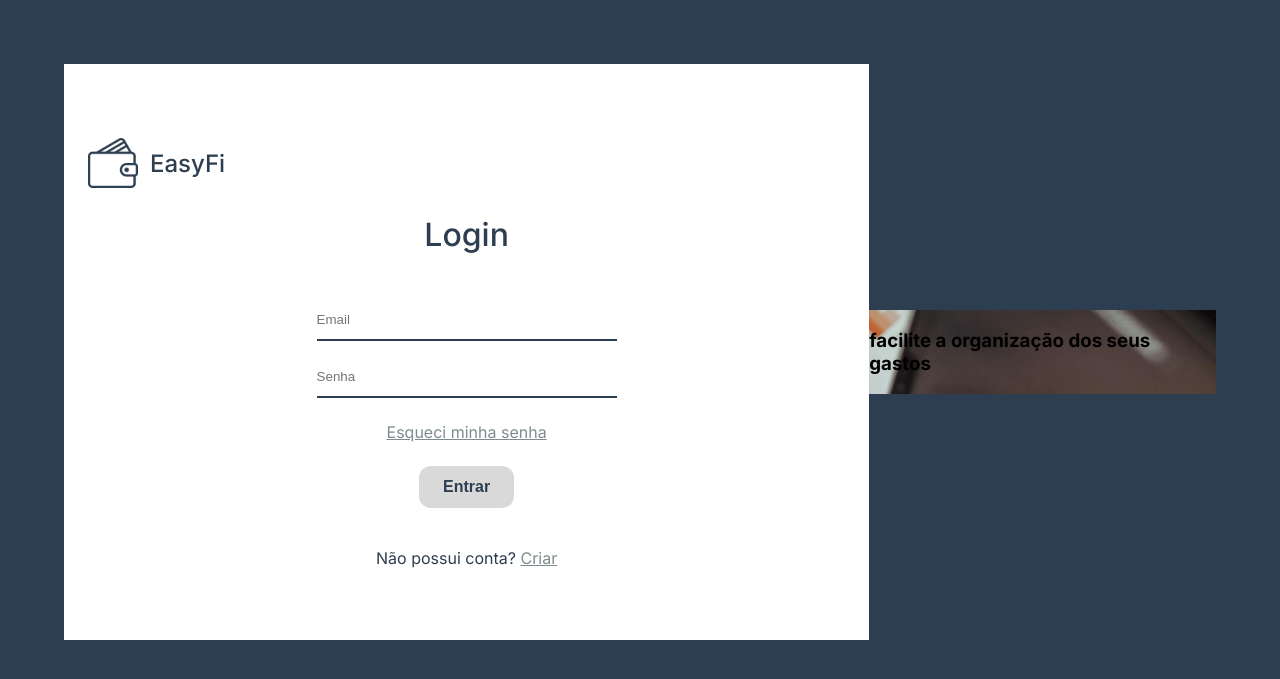
Repository: Ingridiag/projeto-engenharia
Page: login.html
An editor plug-in stored every save of this project. The page is shown before and after the next save, followed by the edit.
The browser window is 1280 px wide. The pictures show the whole page.

Above is the page before, as saved 2024-10-28 17:07:26.

After the next save:
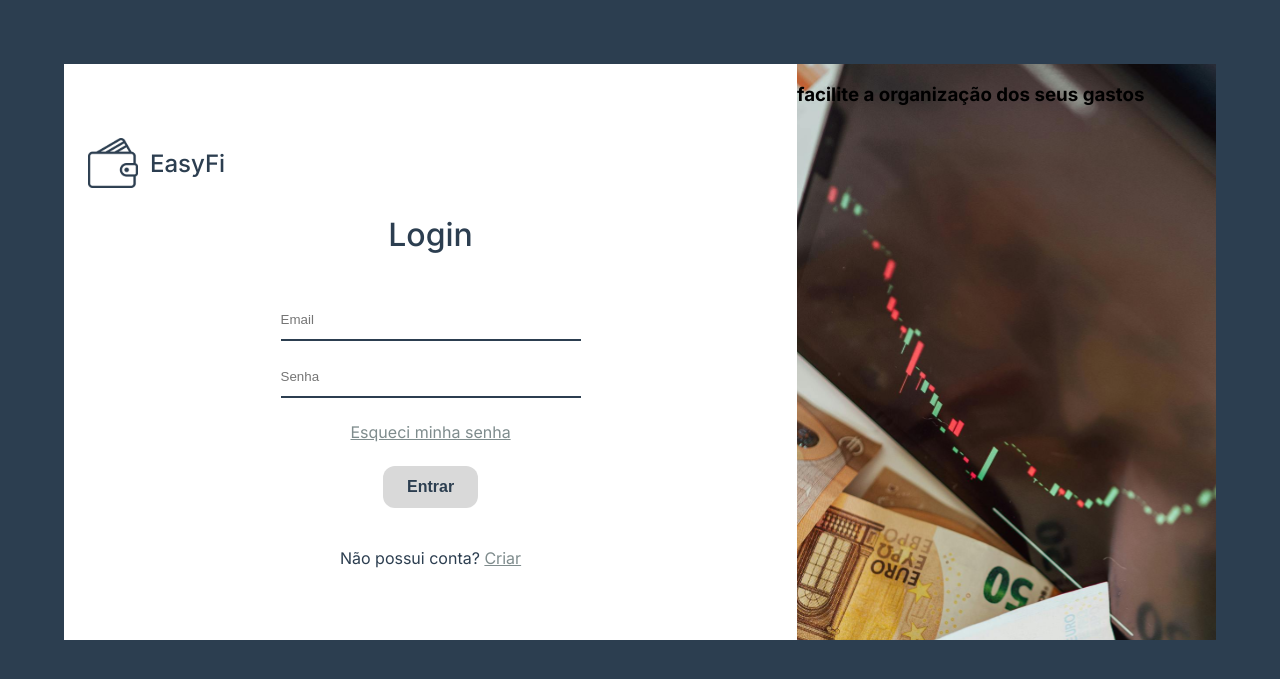
Saved 4 s later.
--- a/style.css
+++ b/style.css
@@ -99,8 +99,8 @@ body {
     transform: scale(1.1);
 }
 .decor{
-  /* width: 40%;
-  height: 80vh; */
+  width: 40%;
+  height: 80vh;
   background-image: url( imagens/imagem_background.svg);
   background-size: ;
 }
